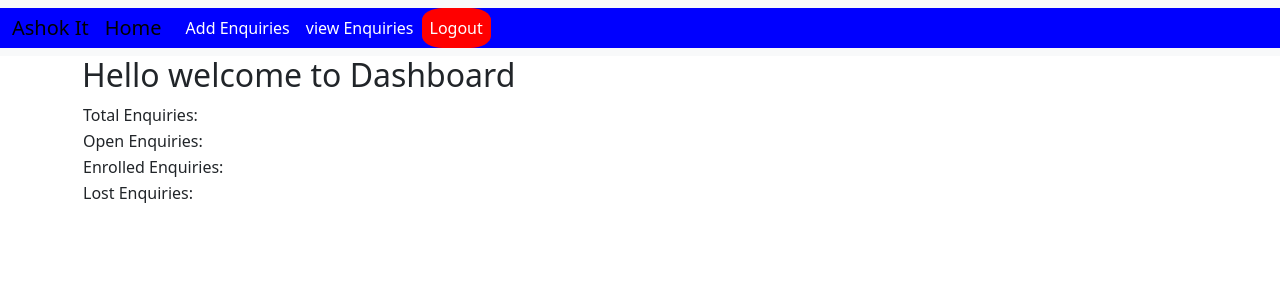
Repository: dibyajyotipanigrahi/Mini-Projects
Page: http://localhost/dashboard
The author's editor kept a copy of each file at every save. The page is drawn from the files as they stood at one save, then again after the next save.
The browser window is 1280 px wide. The pictures show the whole page.
The page is this project's Thymeleaf template; nobody is signed in. The template is opened directly, without the code that normally fills it, so the values that code supplies are empty.

Above is the page before, as saved 2024-04-25 19:33:10.

### 01-Councellors-Application/src/main/resources/templates/dashboard.html
<!doctype html>
<html lang="en">

<head>
	<meta charset="utf-8">
	<meta name="viewport" content="width=device-width, initial-scale=1">
	<title>Login</title>
	<link href="https://cdn.jsdelivr.net/npm/bootstrap@5.3.3/dist/css/bootstrap.min.css" rel="stylesheet"
		integrity="sha384-QWTKZyjpPEjISv5WaRU9OFeRpok6YctnYmDr5pNlyT2bRjXh0JMhjY6hW+ALEwIH" crossorigin="anonymous">
<Style>

.nav-link{
	color: white;
}
</Style>

</head>

<body>

	<nav class="navbar navbar-expand-lg bg-body-tertiary">
		<div class="container-fluid" style="background-color: blue;">
			<a class="navbar-brand" href="#">Ashok It</a>
			<a class="navbar-brand" href="dashboard">Home</a>
			<button class="navbar-toggler" type="button" data-bs-toggle="collapse" data-bs-target="#navbarNav"
				aria-controls="navbarNav" aria-expanded="false" aria-label="Toggle navigation">
				<span class="navbar-toggler-icon"></span>
			</button>
			<div class="collapse navbar-collapse" id="navbarNav">
				<ul class="navbar-nav">

					<li class="nav-item">
						<a class="nav-link" href="enquiry">Add Enquiries</a>
					</li>
					<li class="nav-item">
						<a class="nav-link" href="enquiries">view Enquiries</a>
					</li>
					<li class="nav-item">
						<a class="nav-link" href="logout" style="background-color: red;border-radius: 30%;">Logout</a>
					</li>

				</ul>
			</div>
		</div>
	</nav>
	<div class="container">
		<h2>Hello welcome to Dashboard</h2>
		<table>

			<tr>
				<td>Total Enquiries:</td>
				<td th:text="${dashboard.totalEnqs}"></td>
			</tr>
			<tr>
				<td>Open Enquiries:</td>
				<td th:text="${dashboard.openEnqs}"></td>
			</tr>

			<tr>
				<td>Enrolled Enquiries:</td>
				<td th:text="${dashboard.enrolledEnqs}"></td>
			</tr>
			<tr>
				<td>Lost Enquiries:</td>
				<td th:text="${dashboard.lostEnqs}"></td>
			</tr>
		</table>
		</form>
	</div>
	<script src="https://cdn.jsdelivr.net/npm/bootstrap@5.3.3/dist/js/bootstrap.bundle.min.js"
		integrity="sha384-YvpcrYf0tY3lHB60NNkmXc5s9fDVZLESaAA55NDzOxhy9GkcIdslK1eN7N6jIeHz"
		crossorigin="anonymous"></script>
</body>

</html>

After the next save:
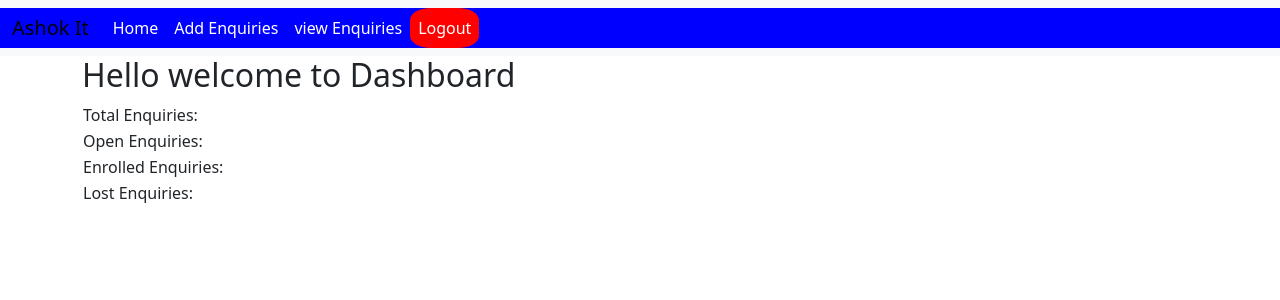
Saved 21 s later.
--- a/01-Councellors-Application/src/main/resources/templates/dashboard.html
+++ b/01-Councellors-Application/src/main/resources/templates/dashboard.html
@@ -7,12 +7,11 @@
 	<title>Login</title>
 	<link href="https://cdn.jsdelivr.net/npm/bootstrap@5.3.3/dist/css/bootstrap.min.css" rel="stylesheet"
 		integrity="sha384-QWTKZyjpPEjISv5WaRU9OFeRpok6YctnYmDr5pNlyT2bRjXh0JMhjY6hW+ALEwIH" crossorigin="anonymous">
-<Style>
-
-.nav-link{
-	color: white;
-}
-</Style>
+	<Style>
+		.nav-link {
+			color: white;
+		}
+	</Style>
 
 </head>
 
@@ -21,14 +20,16 @@
 	<nav class="navbar navbar-expand-lg bg-body-tertiary">
 		<div class="container-fluid" style="background-color: blue;">
 			<a class="navbar-brand" href="#">Ashok It</a>
-			<a class="navbar-brand" href="dashboard">Home</a>
+
 			<button class="navbar-toggler" type="button" data-bs-toggle="collapse" data-bs-target="#navbarNav"
 				aria-controls="navbarNav" aria-expanded="false" aria-label="Toggle navigation">
 				<span class="navbar-toggler-icon"></span>
 			</button>
 			<div class="collapse navbar-collapse" id="navbarNav">
 				<ul class="navbar-nav">
-
+					<li class="nav-item">
+						<a class="nav-link" href="dashboard">Home</a>
+					</li>
 					<li class="nav-item">
 						<a class="nav-link" href="enquiry">Add Enquiries</a>
 					</li>
